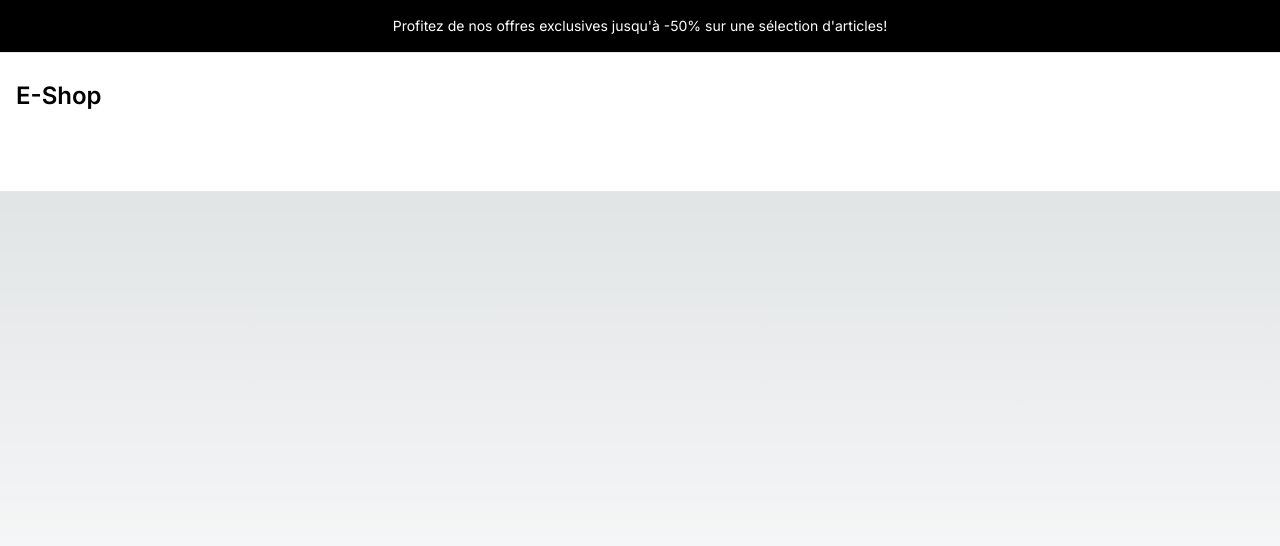
Repository: SDlevelUp/e-shop
Page: /
An editor plug-in stored every save of this project. The page is shown before and after a run of saves, followed by the edit.
The browser window is 1280 px wide. The pictures show the whole page.
The project was rebuilt for these pictures with package versions that can differ from the ones it lists, and the page was loaded fresh each time. The framework's server and built-in components were replaced by stand-ins that run in the browser. Also part of the build but not shown: next.config.js.

Above is the page before, as saved 2023-08-29 09:14:45.

### src/app/layout.js
import './globals.css'
import { Inter } from 'next/font/google';
import Navbar from '@/components/Navbar/Navbar';
import GlobalState from '@/context';
const inter = Inter({ subsets: ['latin'] })

export const metadata = {
  title: 'E-Shop, votre boutique en ligne',
  description: 'Generated by create next app',
};

export default function RootLayout({ children }) {
  return (
    <html lang="en">
      <head>
        <meta charSet="UTF-8" />
        <meta name="viewport" content="width=device-width, initial-scale=1.0" />
        <title>{metadata.title}</title>
        <meta name="description" content={metadata.description} />
      </head>
      <body className={inter.className}>
        <GlobalState>
          <Navbar />
          <main>{children}</main>
        </GlobalState>
      </body>
    </html>
  )
}

### src/app/page.js
import React from 'react';

function Home() {
  return (
    <main className="flex min-h-screen flex-col items-center justify-between p-24">
      <div>

      </div>
    </main>
  );
}

export default Home;

### src/components/Navbar/Navbar.jsx
"use client";

export default function Navbar() {
    return (
        <>
            <div className="bg-white fixed z-40 w-full top-0 left-0 border-b border-gray-200 h-48">
                <header className="bg-black z-50 w-full top-0 left-0 border-b border-gray-200 fixed">
                    <div className="max-w-screen-xl flex flex-wrap items-center justify-center mx-auto p-4">
                        <div className="flex items-center cursor-pointer">
                            <span className="text-white text-sm">
                                Profitez de nos offres exclusives jusqu'à -50% sur une sélection d'articles!
                            </span>
                        </div>
                    </div>
                </header>

                <nav className="max-w-screen-xl flex items-center justify-between mx-auto p-4 mt-16" >
                    <div className="flex items-center cursor-pointer">
                        <span className="self-center text-2xl font-semibold whitespace-nowrap">
                            E-Shop
                        </span>
                    </div>
                    {/* Supprimez la div vide */}
                </nav>
            </div>
        </>
    );
}

### src/context/index.js
"use client";

import { createContext } from 'react';

export const GlobalContext = createContext(null);

export default function GlobalState({ children }) {
    return (
        <GlobalContext.Provider value={{}}>{children}</GlobalContext.Provider>
    )
}

Loaded but not shown: src/app/globals.css (common file); tailwind.config.js (common file)

After the next 5 saves:
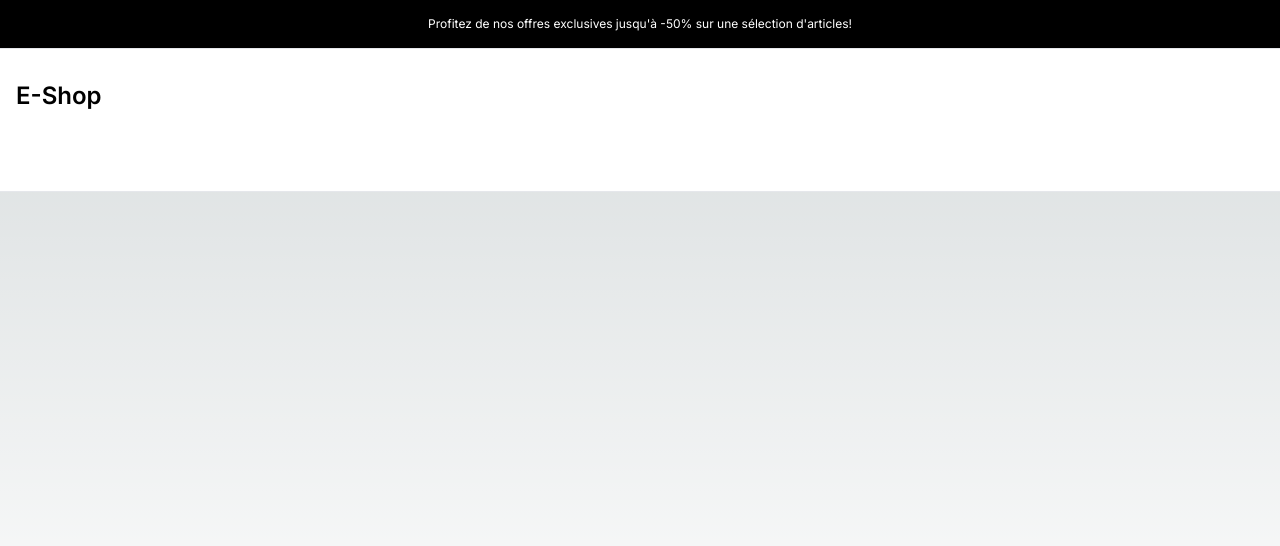
The 5 saves are shown as one change because they came seconds apart.
The last was saved 57 s later.
--- a/src/components/Navbar/Navbar.jsx
+++ b/src/components/Navbar/Navbar.jsx
@@ -7,7 +7,7 @@ export default function Navbar() {
                 <header className="bg-black z-50 w-full top-0 left-0 border-b border-gray-200 fixed">
                     <div className="max-w-screen-xl flex flex-wrap items-center justify-center mx-auto p-4">
                         <div className="flex items-center cursor-pointer">
-                            <span className="text-white text-sm">
+                            <span className="text-white text-sm sm:text-xs">
                                 Profitez de nos offres exclusives jusqu'à -50% sur une sélection d'articles!
                             </span>
                         </div>
